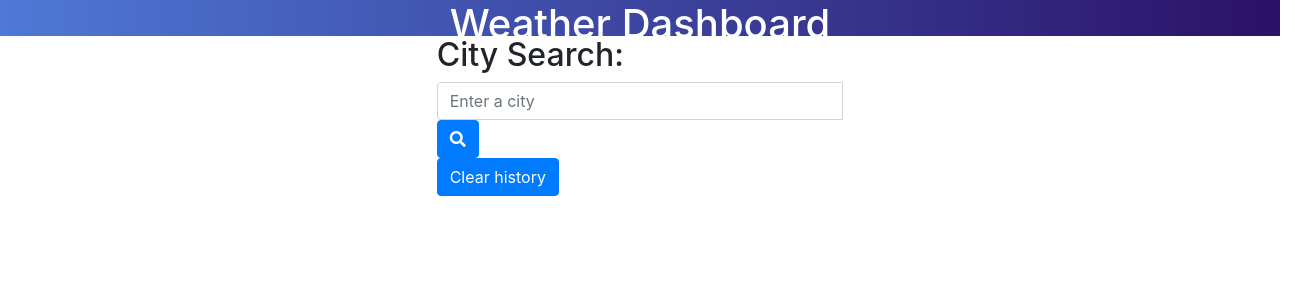
Repository: brenhamp/weather-dashboard
Page: index.html
These files come from the project's save history. The page is drawn as it stood at one moment and after the next save; the edit follows.
The browser window is 1280 px wide. The page is 1295 px wide, so the pictures cover 1295 px, including what lies to the right of the window. The pictures show the whole page.
Some web libraries are served in a nearby version.

Above is the page before, as saved 2021-12-12 20:44:00.

### index.html
<!DOCTYPE html>
<html lang="en">
<head>
    <meta charset="UTF-8">
    <meta http-equiv="X-UA-Compatible" content="IE=edge">
    <meta name="viewport" content="width=device-width, initial-scale=1.0">
    <link rel="stylesheet" href="./assets/css/style.css">
    <link rel="stylesheet" href="https://stackpath.bootstrapcdn.com/bootstrap/4.3.1/css/bootstrap.min.css" crossorigin="anonymous">
    <link rel="stylesheet" href="https://cdnjs.cloudflare.com/ajax/libs/font-awesome/5.11.2/css/all.min.css">
    <title>Weather Dashboard</title>
</head>
<body>
    <header class="hero">
        <h1>Weather Dashboard</h1>
    </header>

    <div class="row">
        <div class="col-lg-4">
            <h2>City Search:</h2>
            <div class="input-group">
                <input id="city-input" type="text" class="form-control" placeholder="Enter a city" aria-label="Enter a city">
                <div class="input-group append">
                    <button class="btn btn-primary" type="button" id="search-button">
                        <i class="fas fa-search"></i>
                    </button>
                </div>
            </div>

            <button class="btn btn-primary" type="button" id="clear-history">Clear history</button>
            <form id="history"></form>

        </div>
        <div class="col-lg-9">
            <div class="row">
                <div id="todays-weather">
                    <div>
                        <h3 id="city-name" class="city-name">
                        </h3>
                        <img id="sky">
                        <div id="temperature"></div>
                        <div id="humidity"></div>
                        <div id="wind"></div>
                        <div id="UV"></div>
                    </div>
                </div>
            </div>

            <!-- hide forecast until needed -->
            <div id="five-day-forecast" class="d-none">
                <h3>Five-Day Forecast</h3>

                <div class="row">
                    <div class="forecast"></div>
                    <div class="forecast"></div>
                    <div class="forecast"></div>
                    <div class="forecast"></div>
                    <div class="forecast"></div>
                </div>

            </div>
        </div>
    </div>


    <script src="https://unpkg.com/axios/dist/axios.min.js"></script>
    <script src="./assets/js/script.js"></script>

</body>
</html>

### assets/css/style.css


.hero {
    background-image: linear-gradient(to right, rgb(78, 121, 214), rgb(43, 17, 104));
    height: 5vh;
    text-align: center;
    margin: auto;
    line-height: 5vh;
    color: white
}

h1 {
    line-height: inherit;
}

.row {
    justify-content: space-around;
}

p {
    text-align: center;
}

### assets/js/script.js
function weatherDashboard() {
    //define HTML elements
const city = document.getElementById("city-input");
const search = document.getElementById("search-button");
const clear = document.getElementById("clear-history");
const name = document.getElementById("city-name");
const sky = document.getElementById("sky");
const temp = document.getElementById("temperature");
const humidity = document.getElementById("humidity");
const wind = document.getElementById("wind");
const UV = document.getElementById("UV");
const history = document.getElementById("history");
const forecast = document.getElementById("five-day-forecast");
const todaysWeather = document.getElementById("todays-weather");

    //my API key from OpenWeather
    apiKey = "4f9f2b98f7dbd0bd303f0561775c2890";

    //function to contain all API requests
    function getWeather(cityName) {
        let queryURL = "https://api.openweathermap.org/data/2.5/weather?q=" + cityName + "&units=imperial" + "&appid=" + apiKey;
        axios.get(queryURL)
        .then(function(response) {
            todaysWeather.classList.remove("d-none");

            //retrieve current date for displaying
            currentDate = new Date(response.data.dt * 1000);
            day = currentDate.getDate();
            month = currentDate.getMonth() + 1;
            year = currentDate.getFullYear();

            name.innerHTML = response.data.name + " (" + month + "/" + day + "/" + year +")";

            //display today's weather including sky icon, temp, humidity and wind speed
            let skyImg = response.data.weather[0].icon;
            sky.setAttribute("src", "https://openweathermap.org/img/wn/" + skyImg + "@2x.png");
            sky.setAttribute("alt", response.data.weather[0].description);
            temp.innerHTML = "Temperature: " + response.data.main.temp + " &#176F";
            humidity.innerHTML = "Humidity: " + response.data.main.humidity + "%";
            wind.innerHTML = "Wind Speed: " + response.data.wind.speed + " MPH";

            //get UV index using latitude and longitude
            let lat = response.data.coord.lat;
            let lon = response.data.coord.lon;
            let UVQueryURL = "https://api.openweathermap.org/data/2.5/uvi/forecast?lat=" + lat + "&lon=" + lon + "&units=imperial" + "&appid=" + apiKey + "&cnt=1";
            axios.get(UVQueryURL)
                .then(function (response) {
                    //use span for HTML convenience
                    let UVIndex = document.createElement("span");

                    //change color to indicate mild/moderate/severe UV levels
                    if (response.data[0].value < 4 ) {
                        UVIndex.setAttribute("class", "badge badge-success");
                    }
                    else if (response.data[0].value < 8) {
                        UVIndex.setAttribute("class", "badge badge-warning");
                    }
                    else {
                        UVIndex.setAttribute("class", "badge badge-danger");
                    }
                    //append to HTML
                    UVIndex.innerHTML = response.data[0].value;
                    UV.innerHTML = "UV Index: ";
                    UV.append(UVIndex);
        });

           //five-day forecast script
           let cityID = response.data.id;
           let forecastQueryURL = "https://api.openweathermap.org/data/2.5/forecast?id=" + cityID + "&units=imperial" + "&appid=" + apiKey;
           axios.get(forecastQueryURL)
               .then(function (response) {
                   //when query is sent, show the forecast elements
                   forecast.classList.remove("d-none");

                       //select all forecast divs and assign future dates to them in order
                       const forecastEls = document.querySelectorAll(".forecast");
                       for (i = 0; i < forecastEls.length; i++) {
                           forecastEls[i].innerHTML = "";
                           const forecastIndex = i * 8 + 4;
                           const forecastDate = new Date(response.data.list[forecastIndex].dt * 1000);
                           const forecastDay = forecastDate.getDate();
                           const forecastMonth = forecastDate.getMonth() + 1;
                           const forecastYear = forecastDate.getFullYear();
                           const forecastDateEl = document.createElement("p");
                           forecastDateEl.setAttribute("class", "mt-3 mb-0 forecast-date");
                           forecastDateEl.innerHTML = forecastMonth + "/" + forecastDay + "/" + forecastYear;
                           forecastEls[i].append(forecastDateEl);

                           //append sky icons and weather info to each future day forecast
                           const forecastSky = document.createElement("img");
                           forecastSky.setAttribute("src", "https://openweathermap.org/img/wn/" + response.data.list[forecastIndex].weather[0].icon + "@2x.png");
                           forecastSky.setAttribute("alt", response.data.list[forecastIndex].weather[0].description);
                           forecastEls[i].append(forecastSky);
                           const forecastTempEl = document.createElement("p");
                           forecastTempEl.innerHTML = "Temp: " + response.data.list[forecastIndex].main.temp + " &#176F";
                           forecastEls[i].append(forecastTempEl);
                           const forecastHumidityEl = document.createElement("p");
                           forecastHumidityEl.innerHTML = "Humidity: " + response.data.list[forecastIndex].main.humidity + "%";
                           forecastEls[i].append(forecastHumidityEl);
                       }
                    })
    });
}

    //search history functionality
    let searchHistory = JSON.parse(localStorage.getItem("search")) || [];

    function renderSearchHistory () {
        //start off blank
        history.innerHTML = "";
        //create new history item each time a city name is submitted
        for (let i = 0; i < searchHistory.length; i++) {
            const historyEl = document.createElement("input");
            Object.assign(historyEl, {
                type: "text",
                readonly: true,
                class: "form-control",
                value: searchHistory[i],
            });
            historyEl.addEventListener("click", function() {
                getWeather(historyEl.value);
            })
            history.append(historyEl);
        }
    }

    //initial call for history function
    renderSearchHistory();

    //listener for search; save searches to localStorage
    search.addEventListener("click",  function () {
        searchTerm = city.value;
        getWeather(searchTerm);
        searchHistory.push(searchTerm);
        localStorage.setItem("search", JSON.stringify(searchHistory));
        renderSearchHistory();
    })


    //listener for clear button; clear localStorage and leave search array blank
    clear.addEventListener("click", function () {
        localStorage.clear();
        searchHistory = [];
        renderSearchHistory();
    })


};

//initialize javascript
weatherDashboard ();

After the next save:
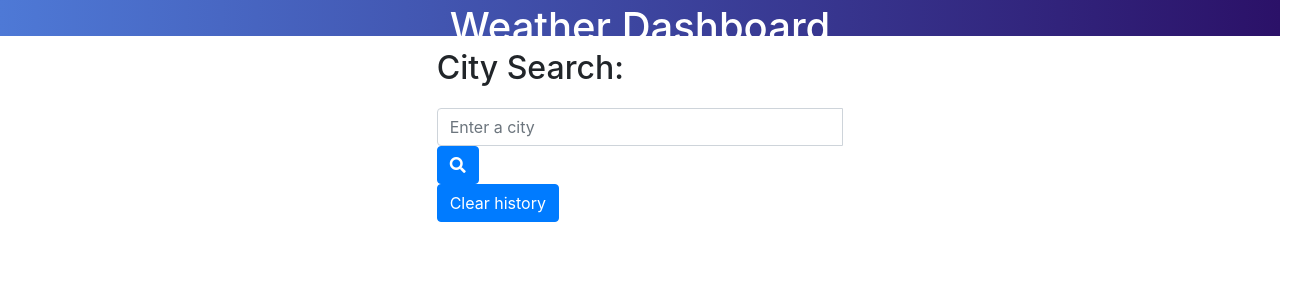
Saved 6 min 7 s later.
--- a/assets/css/style.css
+++ b/assets/css/style.css
@@ -11,6 +11,11 @@
 
 h1 {
     line-height: inherit;
+    padding: .25vw 0;
+}
+
+h2 {
+    padding: 1vw 0;
 }
 
 .row {
